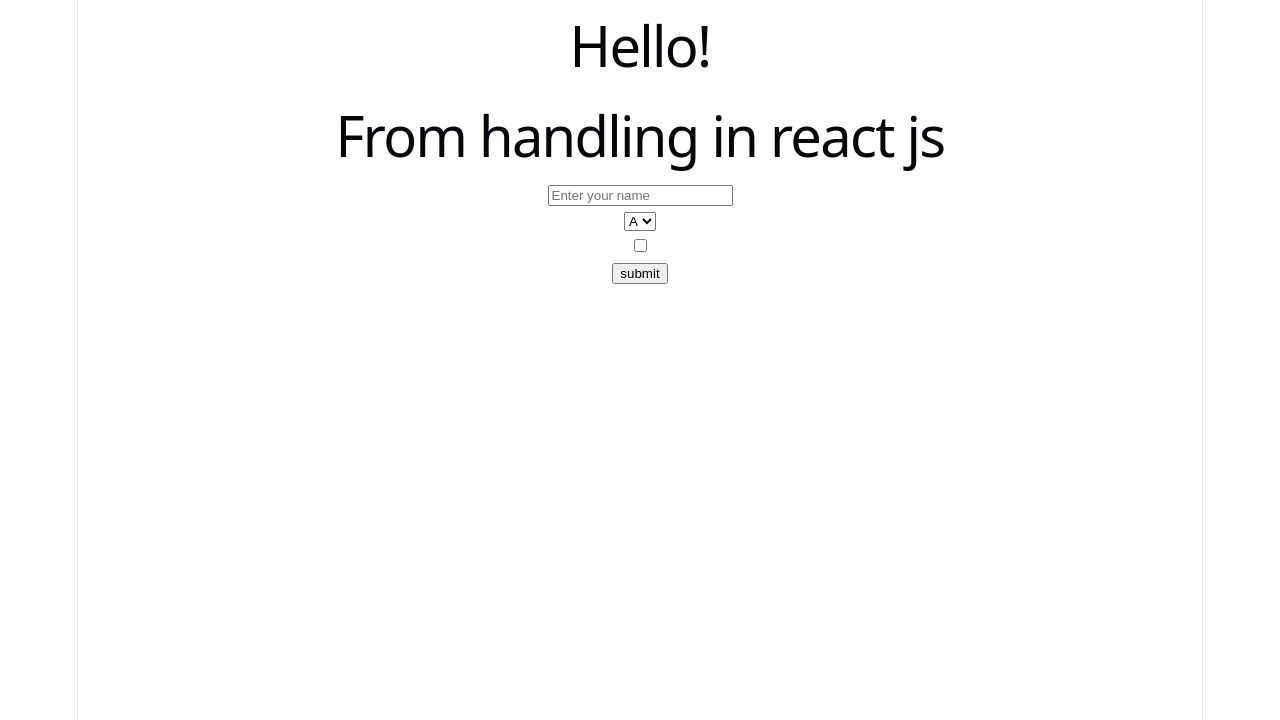
Repository: Gulzarokz/React_Course_Review
Page: / (app in vite-Project/)
These files come from the project's save history. The page is drawn as it stood at one moment and after the next save; the edit follows.
The browser window is 1280 px wide. The pictures show the whole page.
The project was rebuilt for these pictures with package versions that can differ from the ones it lists, and the page was loaded fresh each time. Also part of the build but not shown: vite-Project/vite.config.js, vite-Project/src/App.css.

Above is the page before, as saved 2026-04-21 12:27:12.

After the next save:
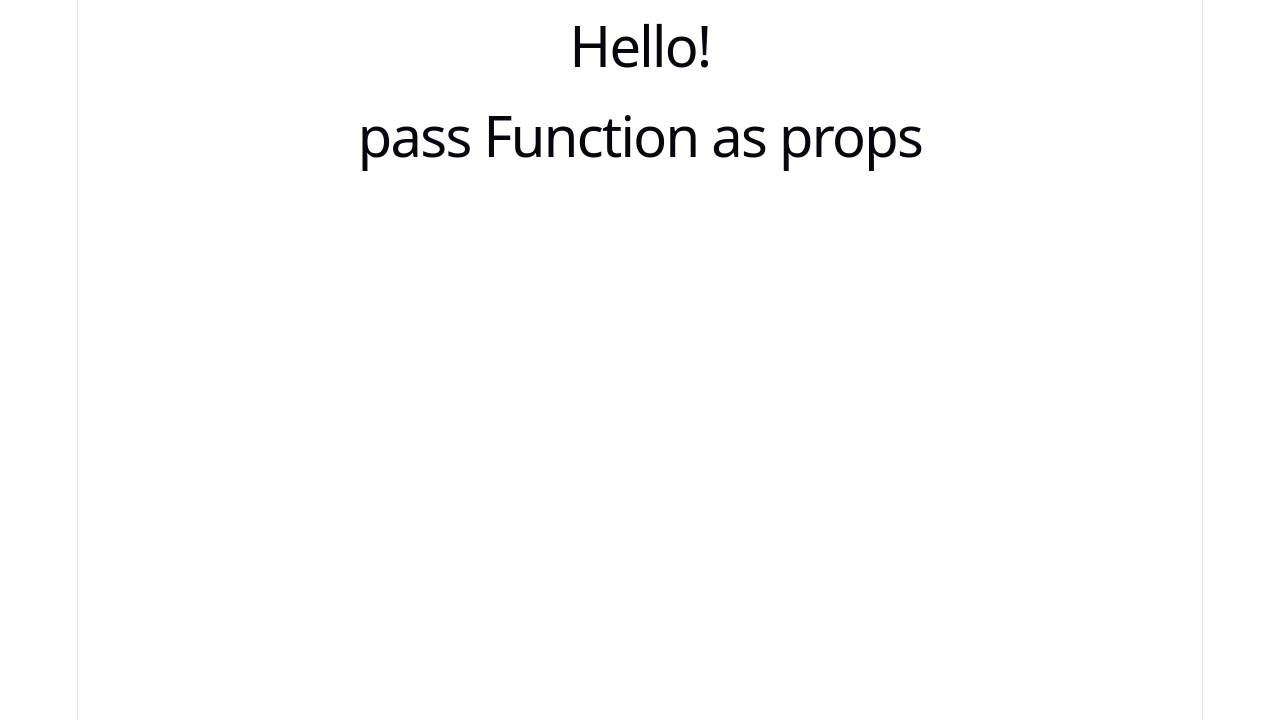
Saved 77 s later.
--- a/vite-Project/src/App.jsx
+++ b/vite-Project/src/App.jsx
@@ -1,14 +1,15 @@
 import './App.css';
-import FormHandling from './FormHandling';
-
-
+import PassFunctionAsProps from './PassFunctionAsProps';
 
 function App() {
 
+  function getData() {
+    alert('Hello How are you!')
+  }
   return (
     <>
       <h1>Hello!</h1>
-      <FormHandling />
+      <PassFunctionAsProps data={getData} />
 
 
     </>
